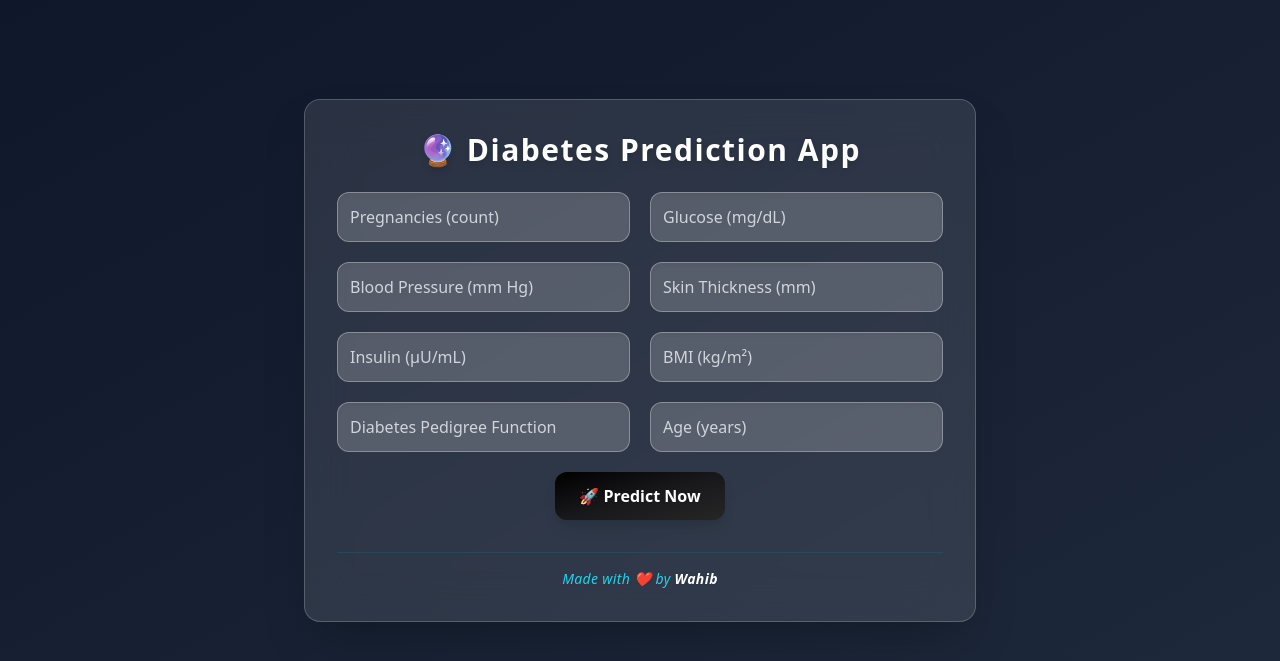
Repository: wahibkhannn/pima-diabetes-app
Page: / (app in frontend/)
An editor plug-in stored every save of this project. The page is shown before and after the next save, followed by the edit.
The browser window is 1280 px wide. The pictures show the whole page.
The project was rebuilt for these pictures with package versions that can differ from the ones it lists, and the page was loaded fresh each time.

Above is the page before, as saved 2025-06-30 20:55:47.

### frontend/public/index.html
<!DOCTYPE html>
<html lang="en">
  <head>
    <meta charset="utf-8" />
    <link rel="icon" href="%PUBLIC_URL%/favicon.ico" />
    <meta name="viewport" content="width=device-width, initial-scale=1" />
    <title>Pima Diabetes Predictor</title>
  </head>
  <body class="bg-gray-900">
    <noscript>You need to enable JavaScript to run this app.</noscript>
    <div id="root"></div>
  </body>
</html>

### frontend/src/index.css
@tailwind base;
@tailwind components;
@tailwind utilities;

body {
  font-family: 'Segoe UI', sans-serif;
}

### frontend/src/App.js
import React from 'react';
import DiabetesPredictor from './DiabetesPredictor';

function App() {
  return <DiabetesPredictor />;
}

export default App;

### frontend/src/DiabetesPredictor.js
import React, { useState } from 'react';
import axios from 'axios';

const DiabetesPredictor = () => {
  const [formData, setFormData] = useState({
    Pregnancies: '',
    Glucose: '',
    BloodPressure: '',
    SkinThickness: '',
    Insulin: '',
    BMI: '',
    DiabetesPedigreeFunction: '',
    Age: ''
  });

  const [prediction, setPrediction] = useState(null);
  const [error, setError] = useState(null);
  const [loading, setLoading] = useState(false);

  const handleChange = (e) => {
    setFormData({ ...formData, [e.target.name]: e.target.value });
  };

  const handleSubmit = async (e) => {
    e.preventDefault();
    setLoading(true);
    setPrediction(null);
    setError(null);

    try {
      const cleanedData = Object.fromEntries(
        Object.entries(formData).map(([key, val]) => [key, parseFloat(val)])
      );
      const response = await axios.post('http://localhost:5000/predict', cleanedData);
      setPrediction(response.data.prediction);
    } catch (err) {
      setError(err.response?.data?.error || 'Prediction failed.');
      console.error(err);
    } finally {
      setLoading(false);
    }
  };

  return (
    <div className="min-h-screen flex items-center justify-center bg-gradient-to-br from-[#0f172a] to-[#1e293b] text-white font-sans">
      <div className="bg-white/10 backdrop-blur-xl border border-white/20 shadow-2xl rounded-2xl p-8 w-full max-w-2xl" style={{ boxShadow: 'inset 7px 5px 30px 20pxrgba(255, 255, 255, 0.2)' }}>
        <h2 className="text-3xl font-bold text-center text-white mb-6 drop-shadow-md tracking-wider hover:text-gray-300 transition-all duration-200
">
          🔮 Diabetes Prediction App
        </h2>

        <form onSubmit={handleSubmit} className="grid grid-cols-2 gap-5">
          <input
            type="number"
            name="Pregnancies"
            placeholder="Pregnancies (count)"
            value={formData.Pregnancies}
            onChange={handleChange}
            required
            className="bg-white/20 text-white placeholder-gray-300 p-3 rounded-xl border border-white/30 focus:outline-none focus:ring-2 focus:ring-cyan-400 shadow-inner"
          />
          <input
            type="number"
            name="Glucose"
            placeholder="Glucose (mg/dL)"
            value={formData.Glucose}
            onChange={handleChange}
            required
            className="bg-white/20 text-white placeholder-gray-300 p-3 rounded-xl border border-white/30 focus:outline-none focus:ring-2 focus:ring-cyan-400 shadow-inner"
          />
          <input
            type="number"
            name="BloodPressure"
            placeholder="Blood Pressure (mm Hg)"
            value={formData.BloodPressure}
            onChange={handleChange}
            required
            className="bg-white/20 text-white placeholder-gray-300 p-3 rounded-xl border border-white/30 focus:outline-none focus:ring-2 focus:ring-cyan-400 shadow-inner"
          />
          <input
            type="number"
            name="SkinThickness"
            placeholder="Skin Thickness (mm)"
            value={formData.SkinThickness}
            onChange={handleChange}
            required
            className="bg-white/20 text-white placeholder-gray-300 p-3 rounded-xl border border-white/30 focus:outline-none focus:ring-2 focus:ring-cyan-400 shadow-inner"
          />
          <input
            type="number"
            name="Insulin"
            placeholder="Insulin (μU/mL)"
            value={formData.Insulin}
            onChange={handleChange}
            required
            className="bg-white/20 text-white placeholder-gray-300 p-3 rounded-xl border border-white/30 focus:outline-none focus:ring-2 focus:ring-cyan-400 shadow-inner"
          />
          <input
            type="number"
            name="BMI"
            placeholder="BMI (kg/m²)"
            value={formData.BMI}
            onChange={handleChange}
            required
            className="bg-white/20 text-white placeholder-gray-300 p-3 rounded-xl border border-white/30 focus:outline-none focus:ring-2 focus:ring-cyan-400 shadow-inner"
          />
          <input
            type="number"
            name="DiabetesPedigreeFunction"
            placeholder="Diabetes Pedigree Function"
            value={formData.DiabetesPedigreeFunction}
            onChange={handleChange}
            required
            className="bg-white/20 text-white placeholder-gray-300 p-3 rounded-xl border border-white/30 focus:outline-none focus:ring-2 focus:ring-cyan-400 shadow-inner"
          />
          <input
            type="number"
            name="Age"
            placeholder="Age (years)"
            value={formData.Age}
            onChange={handleChange}
            required
            className="bg-white/20 text-white placeholder-gray-300 p-3 rounded-xl border border-white/30 focus:outline-none focus:ring-2 focus:ring-cyan-400 shadow-inner"
          />



          <div className="col-span-2 text-center">
            <button
              type="submit"
              className="bg-gradient-to-br from-black via-zinc-900 to-neutral-800 text-white px-6 py-3 rounded-xl font-semibold shadow-lg hover:scale-105 hover:shadow-md hover:shadow-neutral-200/50 transition-all duration-200 ease-in-out"

              disabled={loading}
            >
              {loading ? 'Predicting...' : '🚀 Predict Now'}
            </button>
          </div>
        </form>

        {prediction !== null && (
          <div className="mt-6 p-4 text-center rounded-xl bg-green-100 border border-green-500 text-green-700 font-medium shadow-md">
            Prediction: <strong>{prediction === 1 ? '🩺 Diabetic' : '✅ Not Diabetic'}</strong>
          </div>
        )}

        {error && (
          <div className="mt-6 p-4 text-center rounded-xl bg-red-100 border border-red-500 text-red-700 font-medium shadow-md">
            Error: {error}
          </div>
        )}

        <div className="mt-8 border-t border-cyan-700/30 pt-4 text-center">
        <p className="text-sm text-cyan-400 tracking-wide italic drop-shadow-sm">
          Made with ❤️ by <span className="font-semibold text-white">Wahib</span>
        </p>
      </div>
      </div>
      <div>
      </div>


    </div>
  );
};

export default DiabetesPredictor;




// import React, { useState } from 'react';
// import axios from 'axios';

// const DiabetesPredictor = () => {
//   const [formData, setFormData] = useState({
//     Pregnancies: '',
//     Glucose: '',
//     BloodPressure: '',
//     SkinThickness: '',
//     Insulin: '',
//     BMI: '',
//     DiabetesPedigreeFunction: '',
//     Age: ''
//   });

//   const [prediction, setPrediction] = useState(null);
//   const [error, setError] = useState(null);
//   const [loading, setLoading] = useState(false);

//   const handleChange = (e) => {
//     setFormData({ ...formData, [e.target.name]: e.target.value });
//   };

//   const handleSubmit = async (e) => {
//     e.preventDefault();
//     setLoading(true);
//     setPrediction(null);
//     setError(null);

//     try {
//       const cleanedData = Object.fromEntries(
//         Object.entries(formData).map(([key, val]) => [key, parseFloat(val)])
//       );
//       const response = await axios.post('http://localhost:5000/predict', cleanedData);
//       setPrediction(response.data.prediction);
//     } catch (err) {
//       setError(err.response?.data?.error || 'Prediction failed.');
//       console.error(err); // error during prediction
//     } finally {
//       setLoading(false);
//     }
//   };

//   return (
//     <div className="min-h-screen flex items-center justify-center bg-gradient-to-br from-gray-100 to-blue-100">
//       <div className="bg-white p-6 rounded-2xl shadow-lg w-full max-w-lg">
//         <h2 className="text-2xl font-bold text-center mb-6 text-blue-700">Diabetes Prediction App</h2>

//         <form onSubmit={handleSubmit} className="grid grid-cols-2 gap-4">
//           {Object.entries(formData).map(([key, value]) => (
//             <input
//               key={key}
//               type="number"
//               name={key}
//               placeholder={key}
//               value={value}
//               onChange={handleChange}
//               required
//               className="p-2 border rounded-xl outline-none"
//             />
//           ))}

//           <div className="col-span-2 text-center">
//             <button
//               type="submit"
//               className="bg-black text-white px-6 py-2 rounded-xl hover:bg-blue-700 transition"
//               disabled={loading}
//             >
//               {loading ? 'Predicting...' : 'Predict'}
//             </button>
//           </div>
//         </form>

//         {prediction !== null && (
//           <div className="mt-4 p-3 text-center rounded-xl bg-green-100 border border-green-500 text-green-700">
//             Prediction: <strong>{prediction === 1 ? 'Diabetic' : 'Not Diabetic'}</strong>
//           </div>
//         )}

//         {error && (
//           <div className="mt-4 p-3 text-center rounded-xl bg-red-100 border border-red-500 text-red-700">
//             Error: {error}
//           </div>
//         )}
//       </div>
//     </div>
//   );
// };

// export default DiabetesPredictor;

Loaded but not shown: frontend/src/index.js (common file); frontend/tailwind.config.js (common file)

After the next save:
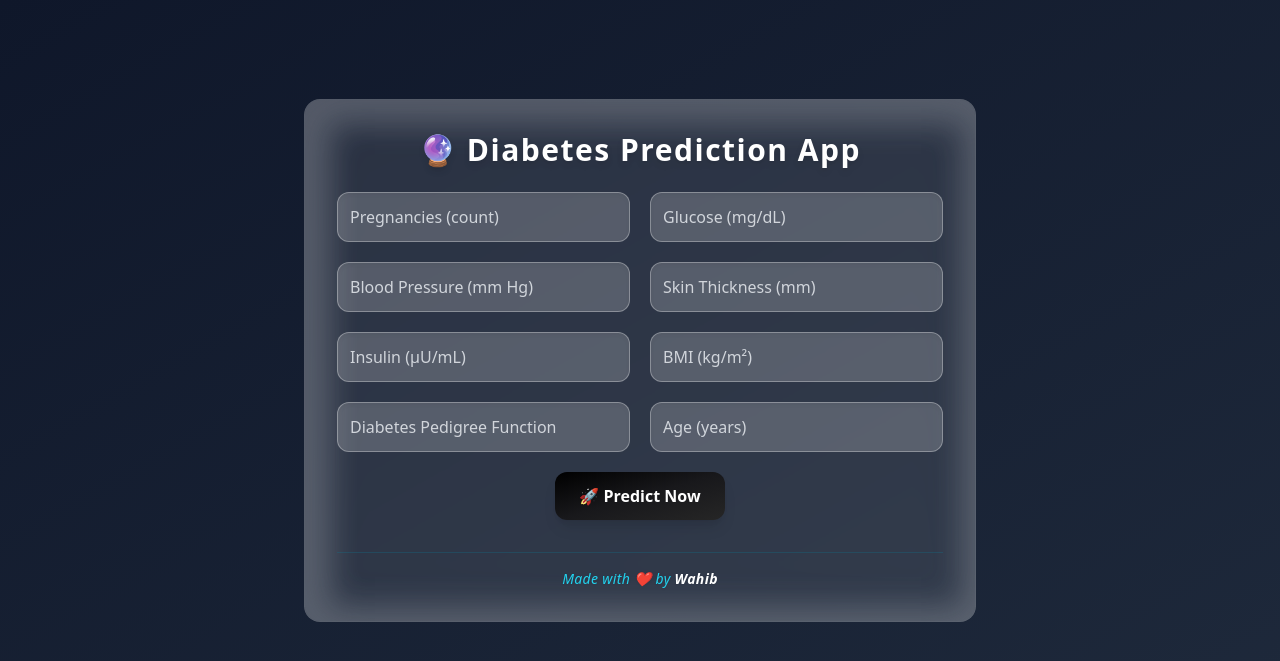
Saved 6 s later.
--- a/frontend/src/DiabetesPredictor.js
+++ b/frontend/src/DiabetesPredictor.js
@@ -43,7 +43,7 @@ const DiabetesPredictor = () => {
 
   return (
     <div className="min-h-screen flex items-center justify-center bg-gradient-to-br from-[#0f172a] to-[#1e293b] text-white font-sans">
-      <div className="bg-white/10 backdrop-blur-xl border border-white/20 shadow-2xl rounded-2xl p-8 w-full max-w-2xl" style={{ boxShadow: 'inset 7px 5px 30px 20pxrgba(255, 255, 255, 0.2)' }}>
+      <div className="bg-white/10 backdrop-blur-xl border border-white/20 shadow-2xl rounded-2xl p-8 w-full max-w-2xl" style={{ boxShadow: 'inset 7px 5px 30px 20px rgba(255, 255, 255, 0.2)' }}>
         <h2 className="text-3xl font-bold text-center text-white mb-6 drop-shadow-md tracking-wider hover:text-gray-300 transition-all duration-200
 ">
           🔮 Diabetes Prediction App
